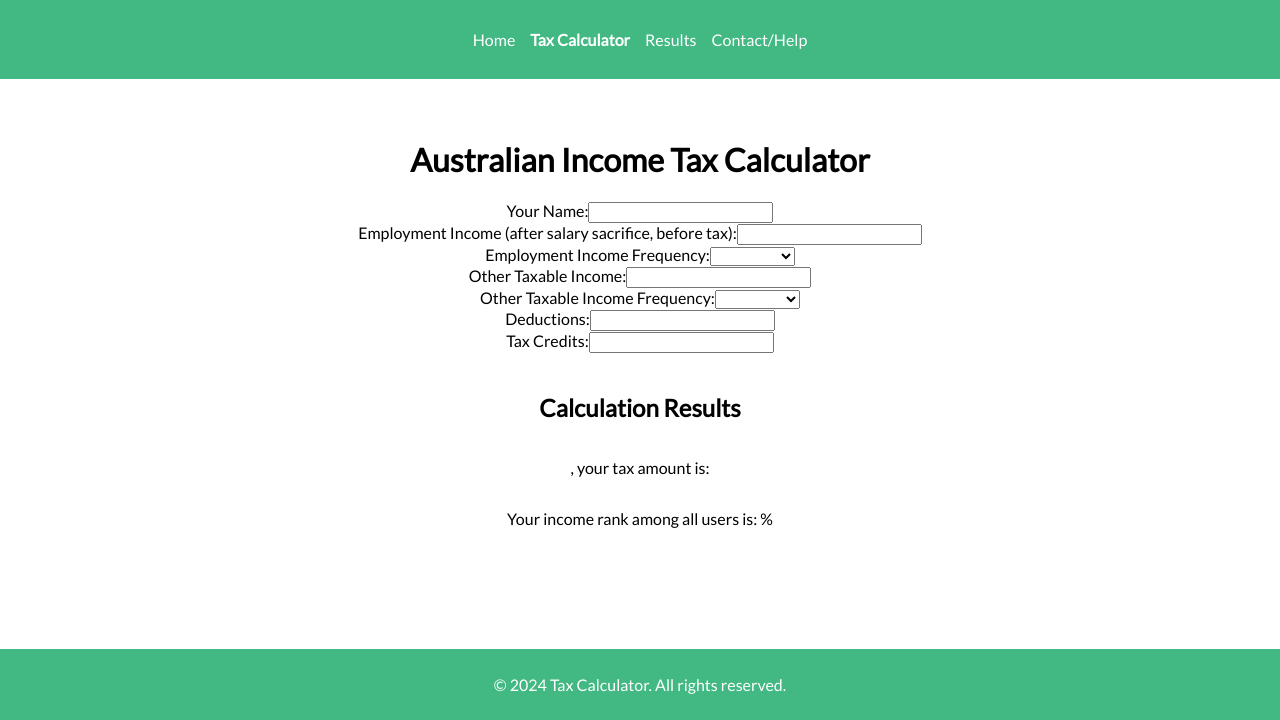
Repository: Tracy-maker/tax_calculator
Page: /calculator
These files come from the project's save history. The page is drawn as it stood at one moment and after the next save; the edit follows.
The browser window is 1280 px wide. The pictures show the whole page.
The project was rebuilt for these pictures with package versions that can differ from the ones it lists, and the page was loaded fresh each time. Also part of the build but not shown: vite.config.js, src/components/page/HomePage.vue, src/components/page/ResultPage.vue, src/components/page/ContactHelp.vue.

Above is the page before, as saved 2024-06-26 23:28:05.

### index.html
<!doctype html>
<html lang="en">
  <head>
    <meta charset="UTF-8" />
    <link rel="icon" href="src/assets/logo.svg" />
    <meta name="viewport" content="width=device-width, initial-scale=1.0" />
    <title>Tax Calculator</title>
  </head>
  <body>
    <div id="app"></div>
    <script type="module" src="/src/main.js"></script>
  </body>
</html>

### src/main.js
import './assets/main.css'
import { createApp } from 'vue'
import App from './App.vue'
import router from './router'

createApp(App).use(router).mount('#app')

### src/assets/main.css
@import url('https://fonts.googleapis.com/css?family=Lato&display=swap');

:root {
  --box-shadow: 0 1px 3px rgba(0, 0, 0, 0.12), 0 1px 2px rgba(0, 0, 0, 0.24);
}

* {
  box-sizing: border-box;
}

html,
body {
  height: 100%;
  margin: 0;
  padding: 0;
  font-family: 'Lato', sans-serif;
}

#app {
  display: flex;
  flex-direction: column;
  min-height: 100vh;
}

header {
  background-color: #42b983;
  padding: 30px;
  color: white;
}

nav {
  display: flex;
  justify-content: center;
  gap: 15px;
  flex-wrap: wrap;
}

nav a {
  color: white;
  text-decoration: none;
  cursor: pointer;
}

nav a.router-link-exact-active {
  font-weight: bold;
}

main {
  flex: 1;
  padding: 20px;
}
.start-calculation {
  display: inline-block;
  margin-top: 20px;
  padding: 10px 20px;
  background-color: #42b983;
  color: white;
  text-decoration: none;
  border-radius: 5px;
  box-shadow: var(--box-shadow);
  transition: background-color 0.3s;
}
footer {
  justify-content: center;
  align-items: center;
  text-align: center;
  padding: 10px;
  background-color: #42b983;
  color: white;
  display: flex;
}

.home,
.calculator,
.results,
.contact-help {
  display: flex;
  flex-direction: column;
  justify-content: center;
  align-items: center;
  min-height: auto;
  position: relative;
  overflow: hidden;
  padding: 20px;
  text-align: center;
}

.start-calculation {
  display: inline-block;
  margin-top: 20px;
  padding: 10px 20px;
  background-color: #42b983;
  color: white;
  text-decoration: none;
  border-radius: 5px;
  box-shadow: var(--box-shadow);
}

.start-calculation:hover {
  background-color: #369963;
}

.modal {
  position: fixed;
  top: 0;
  left: 0;
  width: 100%;
  height: 100%;
  background-color: rgba(0, 0, 0, 0.5);
  display: flex;
  justify-content: center;
  align-items: center;
}

.modal-content {
  background-color: white;
  padding: 20px;
  border-radius: 5px;
  text-align: center;
}

.close {
  position: absolute;
  top: 10px;
  right: 10px;
  cursor: pointer;
}

.share-buttons {
  display: flex;
  flex-direction: column;
  gap: 10px;
}

@media (max-width: 768px) {
  .home,
  .calculator,
  .results,
  .contact-help {
    padding: 10px;
  }

  header {
    text-align: center;
  }

  nav {
    flex-direction: row;
    gap: 10px;
  }

  main {
    padding: 10px;
  }

  footer {
    flex-direction: column;
  }
}

@media (max-width: 480px) {
  .home,
  .calculator,
  .results,
  .contact-help {
    padding: 5px;
  }

  .start-calculation {
    width: 100%;
    text-align: center;
  }
}

### src/App.vue
<template>
  <div id="app">
    <header>
      <nav>
        <router-link to="/">Home</router-link>
        <router-link to="/calculator">Tax Calculator</router-link>
        <router-link to="/results">Results</router-link>
        <router-link to="/contact">Contact/Help</router-link>
      </nav>
    </header>
    <main>
      <router-view></router-view>
    </main>
    <footer>
      <p>&copy; 2024 Tax Calculator. All rights reserved.</p>
    </footer>
  </div>
</template>

<script lang="ts">
import { defineComponent } from 'vue'

export default defineComponent({
  name: 'App'
})
</script>

### src/router.js
import { createRouter, createWebHistory } from 'vue-router'
import HomePage from './components/page/HomePage.vue'
import TaxCalculator from './components/page/TaxCalculator.vue'
import ResultPage from './components/page/ResultPage.vue'
import ContactHelp from './components/page/ContactHelp.vue'

const routes = [
  { path: '/', name: 'Home', component: HomePage },
  { path: '/calculator', name: 'Calculator', component: TaxCalculator },
  { path: '/results', name: 'Results', component: ResultPage },
  { path: '/contact', name: 'Contact', component: ContactHelp }
]

const router = createRouter({
  history: createWebHistory(),
  routes
})

export default router

### src/components/page/TaxCalculator.vue
<template>
  <div class="calculator">
    <h1>Australian Income Tax Calculator</h1>
    <div class="form-and-results">
      <form @submit.prevent class="form">
        <div class="form-group">
          <label for="name">Your Name:</label>
          <input type="text" v-model="name" id="name" required />
        </div>

        <div class="form-group">
          <label for="employmentIncome"
            >Employment Income (after salary sacrifice, before tax):</label
          >
          <input type="number" v-model="employmentIncome" id="employmentIncome" required />
        </div>
        <div class="form-group">
          <label for="employmentFrequency">Employment Income Frequency:</label>
          <select v-model="employmentFrequency" id="employmentFrequency">
            <option value="annually">Annually</option>
            <option value="monthly">Monthly</option>
            <option value="fortnightly">Fortnightly</option>
            <option value="weekly">Weekly</option>
          </select>
        </div>

        <div class="form-group">
          <label for="otherIncome">Other Taxable Income:</label>
          <input type="number" v-model="otherIncome" id="otherIncome" required />
        </div>
        <div class="form-group">
          <label for="otherFrequency">Other Taxable Income Frequency:</label>
          <select v-model="otherFrequency" id="otherFrequency">
            <option value="annually">Annually</option>
            <option value="monthly">Monthly</option>
            <option value="fortnightly">Fortnightly</option>
            <option value="weekly">Weekly</option>
          </select>
        </div>

        <div class="form-group">
          <label for="deductions">Deductions:</label>
          <input type="number" v-model="deductions" id="deductions" />
        </div>
        <div class="form-group">
          <label for="credits">Tax Credits:</label>
          <input type="number" v-model="credits" id="credits" />
        </div>
      </form>
      <div v-if="taxAmount !== null" class="results">
        <h2>Calculation Results</h2>
        <p>{{ name }}, your tax amount is: {{ taxAmount }}</p>
        <p>Your income rank among all users is: {{ incomeRank }}%</p>
      </div>
    </div>
  </div>
</template>

After the next save:
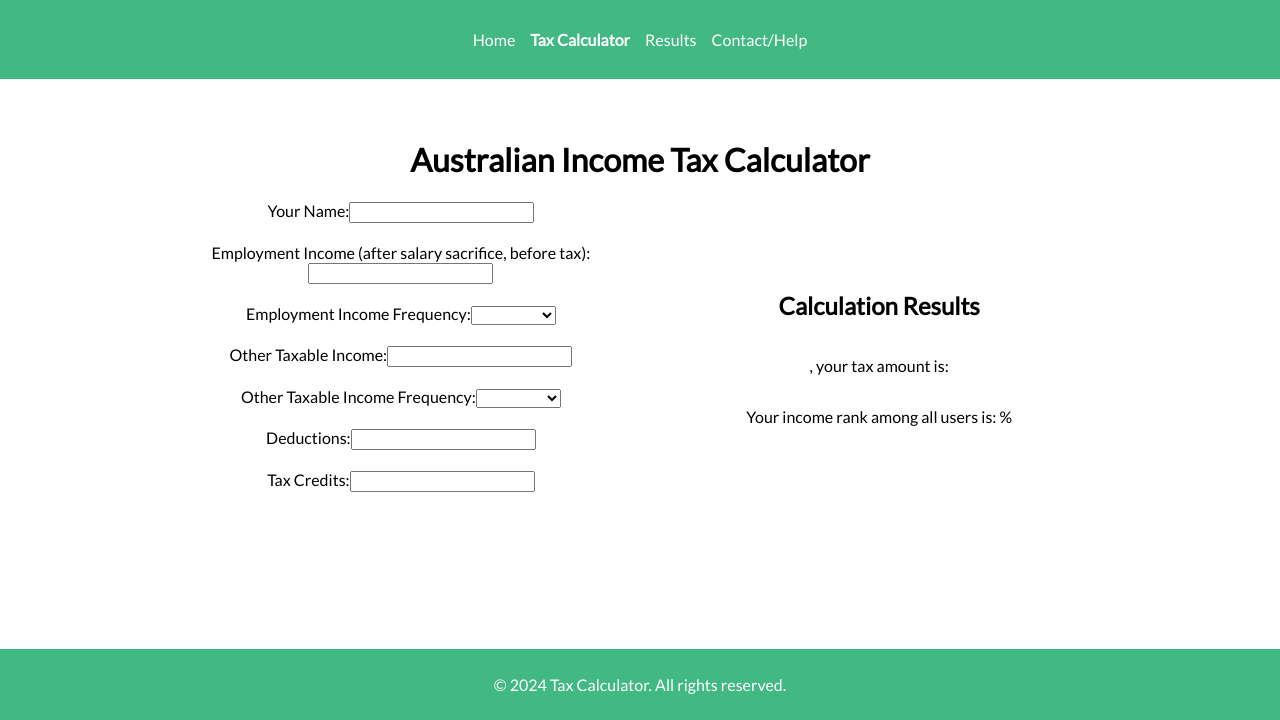
Saved 14 s later.
--- a/src/components/page/TaxCalculator.vue
+++ b/src/components/page/TaxCalculator.vue
@@ -55,3 +55,29 @@
     </div>
   </div>
 </template>
+
+<style scoped>
+.calculator {
+  max-width: 1200px;
+  margin: 0 auto;
+  padding: 20px;
+}
+
+.form-and-results {
+  display: flex;
+  justify-content: space-between;
+}
+
+.form {
+  width: 45%;
+}
+
+.form-group {
+  margin-bottom: 20px;
+}
+
+.results {
+  width: 45%;
+  text-align: center;
+}
+</style>
